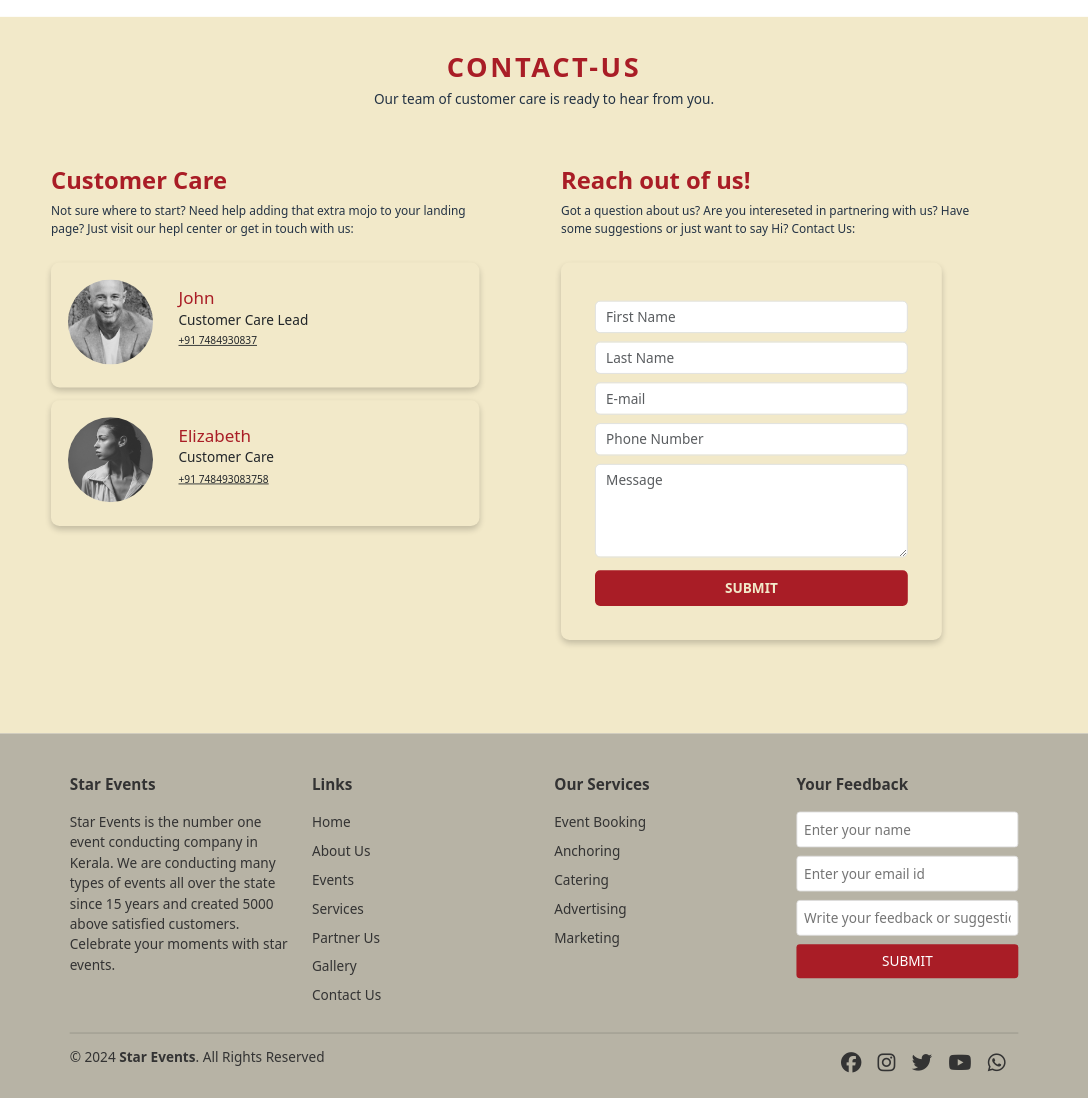
Repository: SharonSebastian32/Event-Management-System-
Page: index.html
An editor plug-in stored every save of this project. The page is shown before and after a run of saves, followed by the edit.
The browser window is 1280 px wide. The pictures show the part of the page from y = 4041 to 5333 px (the page is 5333 px tall), at 85% of full size.
A picture or video elsewhere on the page could not be fetched, so the positions and the page height are approximate. Some web libraries are served in a nearby version.

Above is the page before, as saved 2024-09-06 17:39:57.
Not found: assets/css/ContactUs.css

After the next 2 saves:
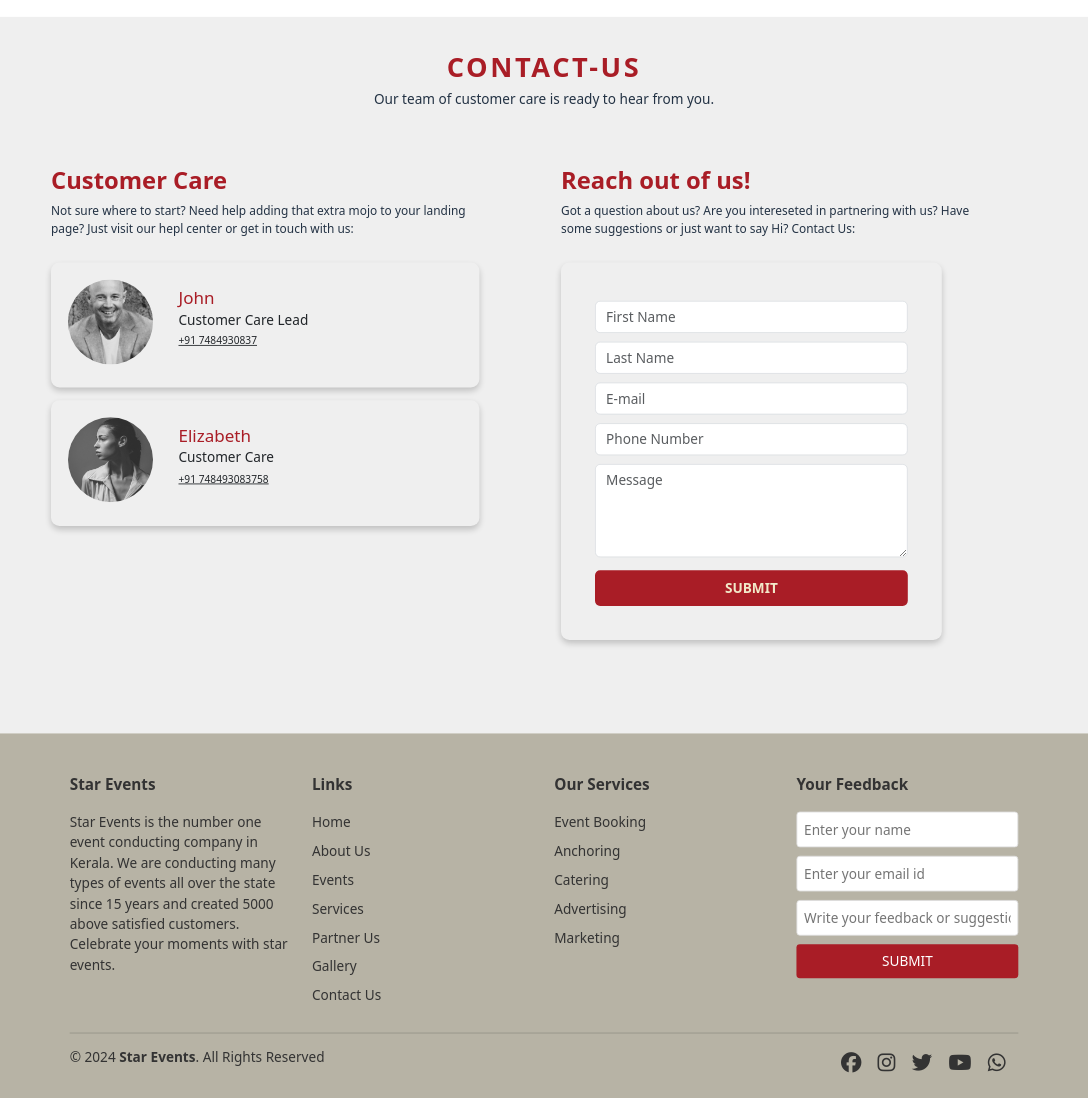
The 2 saves are shown as one change because they came seconds apart.
The last was saved 5 s later.
--- a/index.html
+++ b/index.html
@@ -133,7 +133,11 @@
     <!-- partner with us  start-->
 
     <!-- conatct us section -->
-    <div class="container-fluid contact_us" id="contact-us" style="background-color: efefef;">
+    <div
+      class="container-fluid contact_us"
+      id="contact-us"
+      style="background-color: #efefef"
+    >
       <h2>CONTACT-US</h2>
       <h6>Our team of customer care is ready to hear from you.</h6>
 
